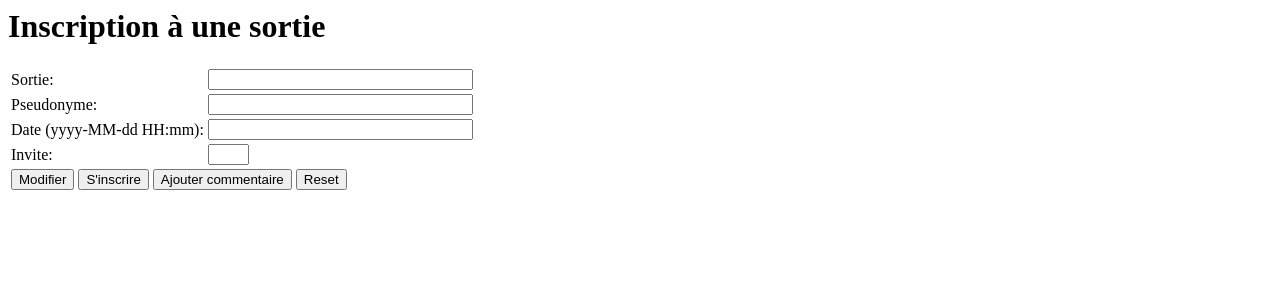
Repository: JulesThuillier/INF3710---TP4
Page: http://localhost/TP4/suscribe.jsp
The author's editor kept a copy of each file at every save. The page is drawn from the files as they stood at one save, then again after the next save.
The browser window is 1280 px wide. The pictures show the whole page.
The page is served by Tomcat 9.

Above is the page before, as saved 2015-11-21 04:35:45.

After the next save:
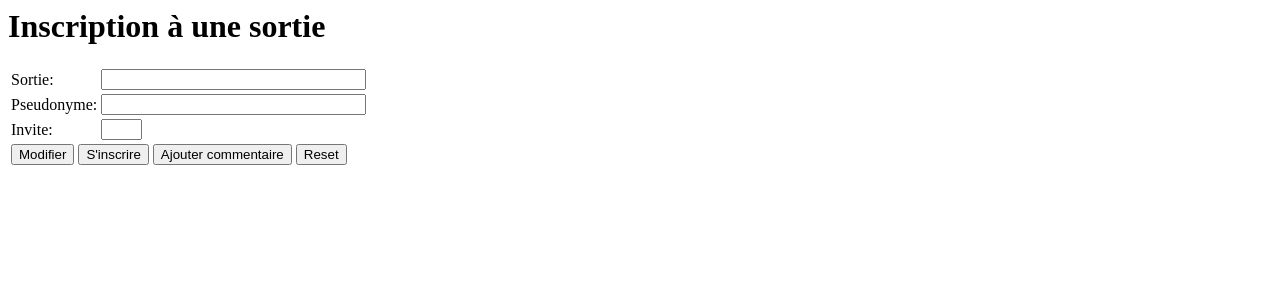
Saved 43 s later.
--- a/TP4/TP4/WebContent/suscribe.jsp
+++ b/TP4/TP4/WebContent/suscribe.jsp
@@ -16,10 +16,6 @@
             <td><input type="text" name="pseudo" size="30" maxlength="80"></td>
         </tr>
         <tr>
-            <td>Date (yyyy-MM-dd HH:mm):</td>
-            <td><input type="text" name="date" size="30" maxlength="80"></td>
-        </tr>
-        <tr>
             <td>Invite:</td>
             <td><input type="text" name="invite" size="2" maxlength="2"></td>
         </tr>

After the save that followed:
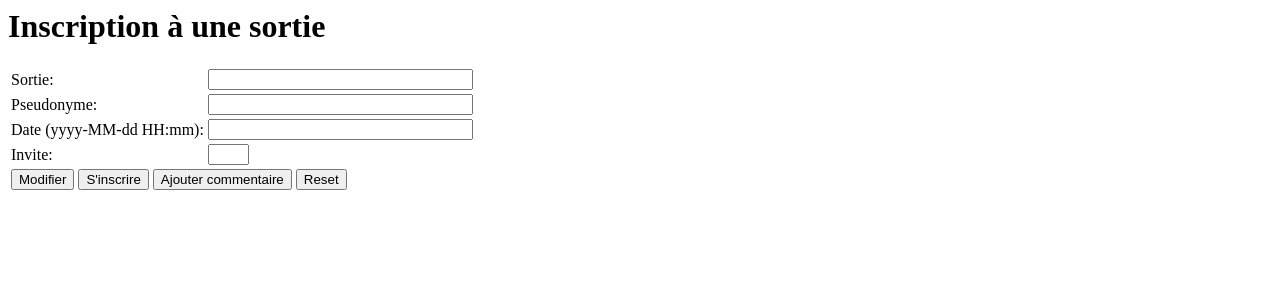
Saved 62 s later.
--- a/TP4/TP4/WebContent/suscribe.jsp
+++ b/TP4/TP4/WebContent/suscribe.jsp
@@ -16,6 +16,10 @@
             <td><input type="text" name="pseudo" size="30" maxlength="80"></td>
         </tr>
         <tr>
+            <td>Date (yyyy-MM-dd HH:mm):</td>
+            <td><input type="text" name="date" size="30" maxlength="80"></td>
+        </tr>
+        <tr>
             <td>Invite:</td>
             <td><input type="text" name="invite" size="2" maxlength="2"></td>
         </tr>
